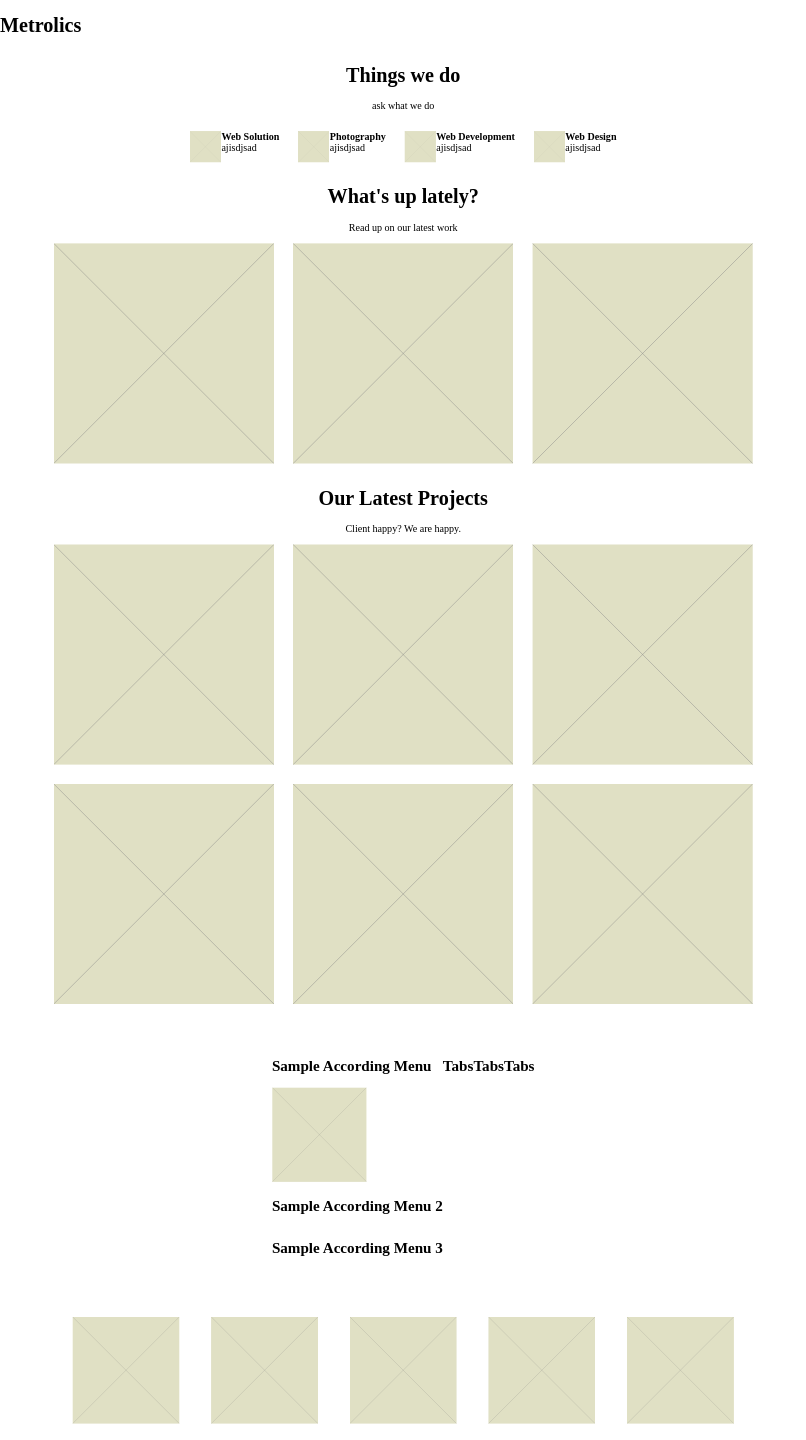
Repository: ReallyNguyen/responsive-web
Page: index.html
The author's editor kept a copy of each file at every save. The page is drawn from the files as they stood at one save, then again after the next save.
The browser window is 1280 px wide. The pictures show the whole page, at 63% of full size.

Above is the page before, as saved 2023-01-25 21:22:20.

After the next save:
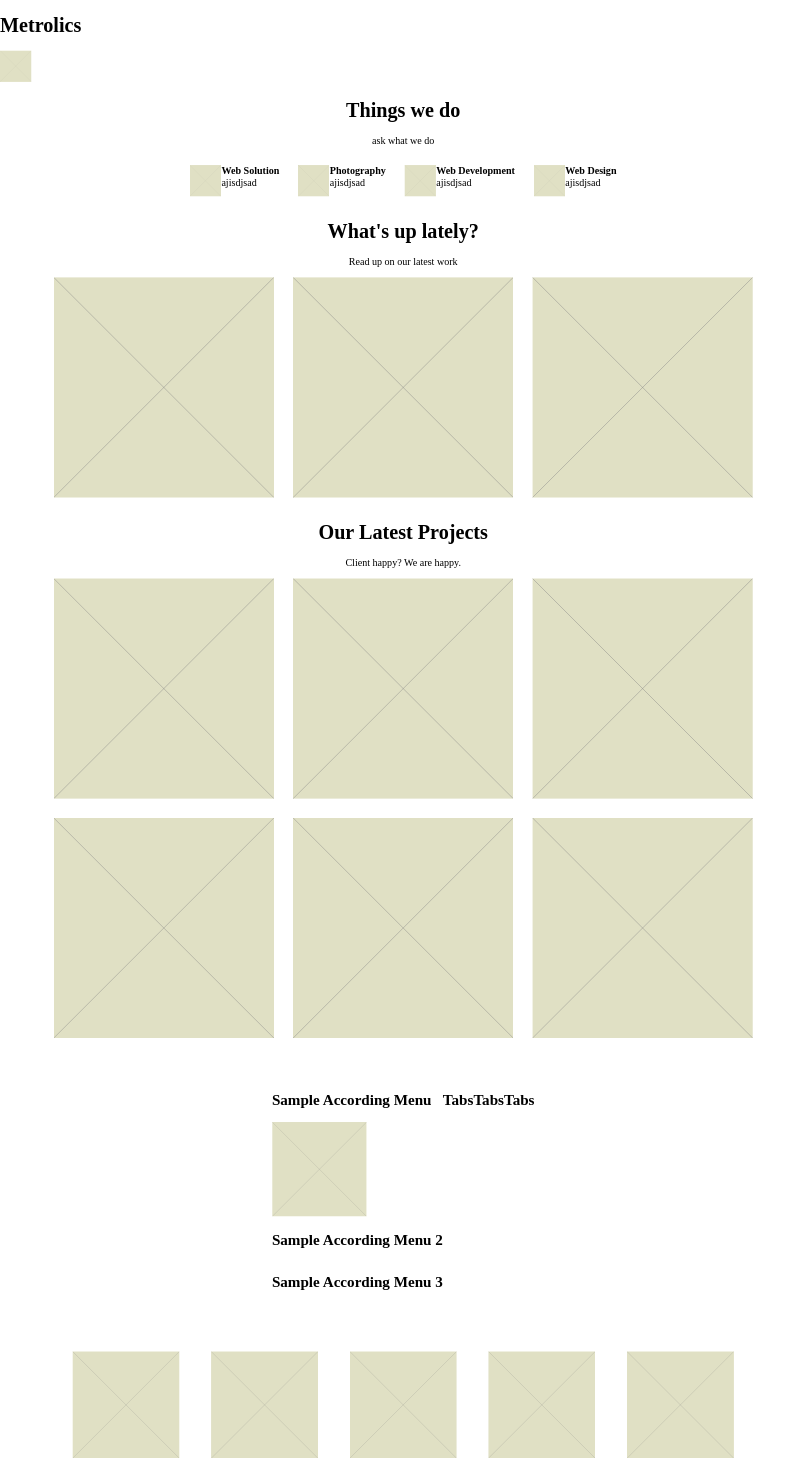
Saved 91 s later.
--- a/index.html
+++ b/index.html
@@ -24,9 +24,11 @@
 
 <body>
   <header>
-    <h1>Metrolics</h1>
+    <div class="nav-bar">
+      <h1>Metrolics</h1>
+      <img src="placeholder.svg" alt="" width="50" height="50">
 
-
+    </div>
 
 
   </header>
